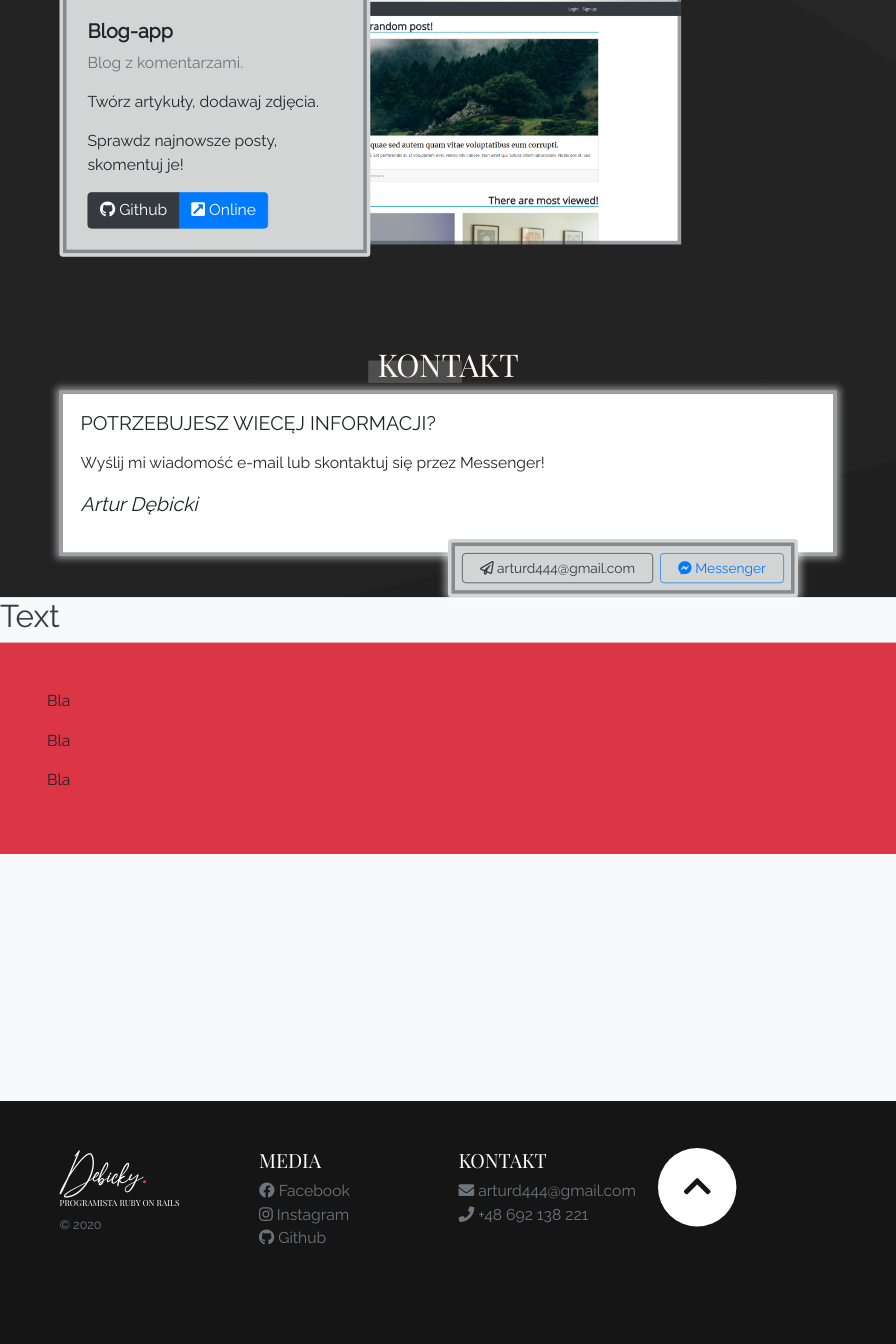
Repository: debicky/debicky.github.io
Page: index.html
An editor plug-in stored every save of this project. The page is shown before and after the next save, followed by the edit.
The browser window is 1280 px wide. The pictures show the part of the page from y = 3500 to 5420 px (the page is 5420 px tall), at 70% of full size.
Some web libraries are served in a nearby version.

Above is the page before, as saved 2020-06-16 14:34:52.

After the next save:
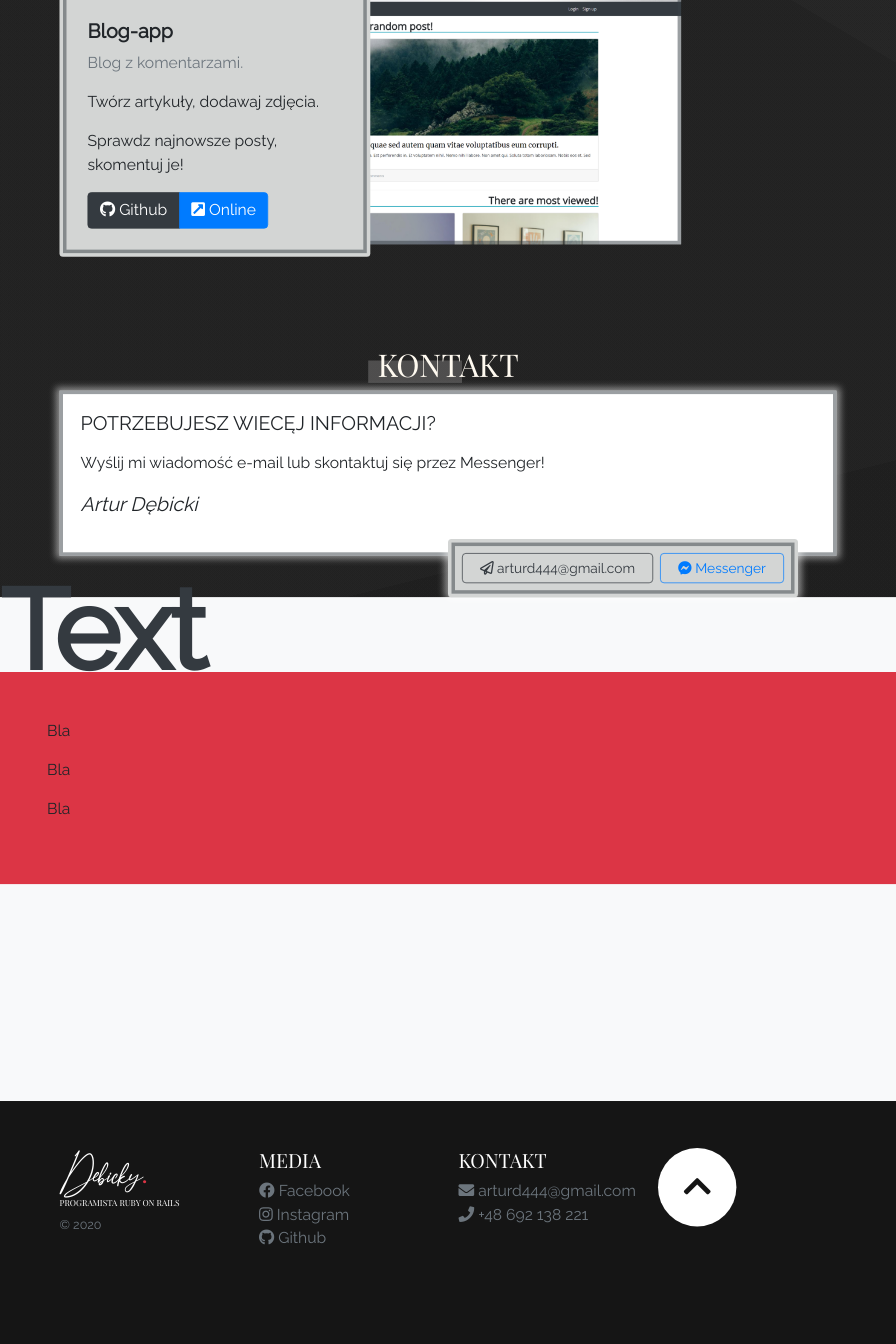
Saved 61 s later.
--- a/styles.css
+++ b/styles.css
@@ -220,7 +220,15 @@ section h1::before {
 
 
 section h2{
-  display: block;
+  font-size: 160px;
+  font-weight: 800;
+  letter-spacing: -0.02em;
+  text-align: left;
+  z-index: 10;
+  position: relative;
+  line-height: 0.6em;
+  pointer-events: none;
+  flex: 1 100%;
 
 }
 
